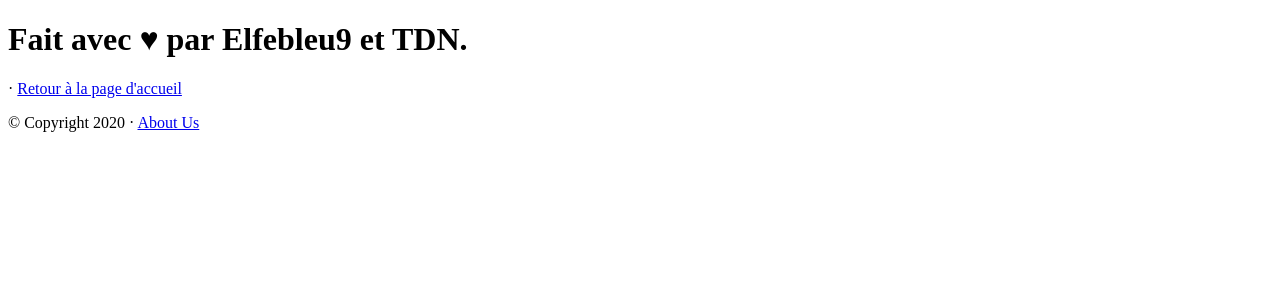
Repository: Elfebleu9/hello_city
Page: templates/pages/about.html.twig
An editor plug-in stored every save of this project. The page is shown before and after the next save, followed by the edit.
The browser window is 1280 px wide. The pictures show the whole page.
The page is a Twig template of a Symfony application; nobody is signed in and links lead nowhere. The template is opened directly, without the code that normally fills it, so the values that code supplies are empty.

Above is the page before, as saved 2020-07-11 18:30:00.

### templates/pages/about.html.twig
{% extends 'base.html.twig' %}
 {% block title 'About Us | '~ parent() %}
 {% block body %}
    <h1>Fait avec &hearts; par Elfebleu9 et TDN. </h1>

    <p>
        &middot; <a href="{{path('app_home')}}">Retour à la page d'accueil</a>
    </p>


 {% endblock %}

### templates/base.html.twig
<!DOCTYPE html>
<html>
    <head>
        <meta charset="UTF-8">
        <title>{% block title %}Hello Paris{% endblock %}</title>
        {% block stylesheets %}{% endblock %}
    </head>
    <body>
        {% block body %}{% endblock %}
        <footer>
            <p>
                &copy; Copyright {{'now'|date('Y')}}
                &middot; <a href="{{path('app_about')}}">About Us</a>
            </p>
        </footer>
        {% block javascripts %}{% endblock %}
    </body>
</html>

After the next save:
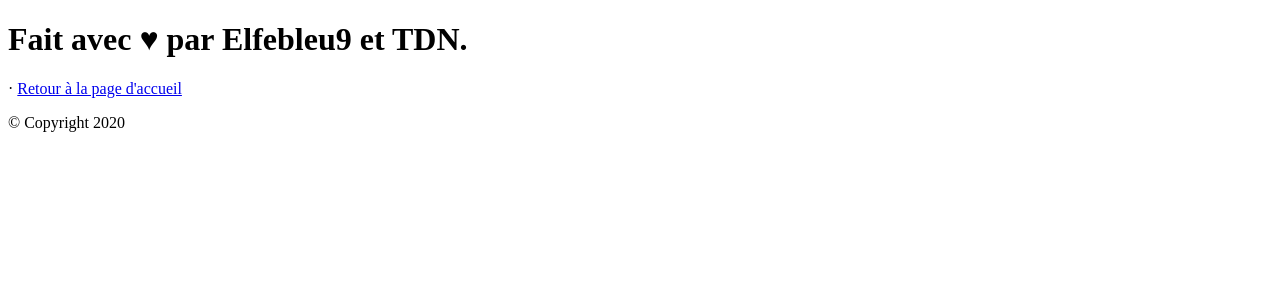
Saved 26 s later.
--- a/templates/base.html.twig
+++ b/templates/base.html.twig
@@ -10,7 +10,7 @@
         <footer>
             <p>
                 &copy; Copyright {{'now'|date('Y')}}
-                &middot; <a href="{{path('app_about')}}">About Us</a>
+
             </p>
         </footer>
         {% block javascripts %}{% endblock %}

After the save that followed:
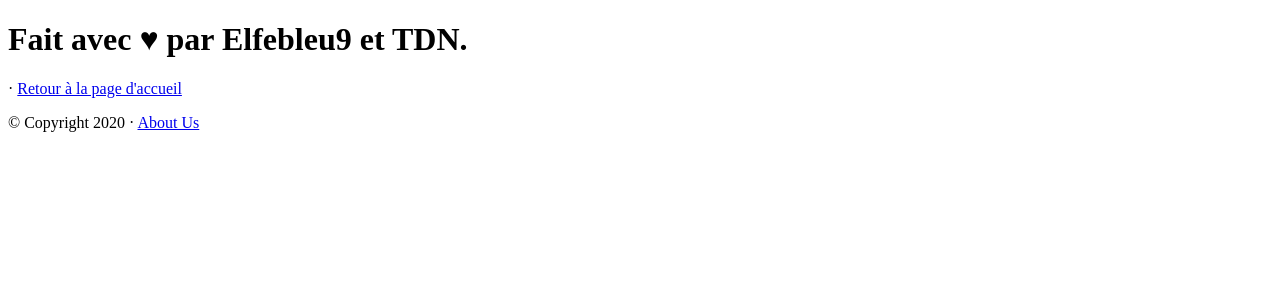
Saved 20 s later.
--- a/templates/base.html.twig
+++ b/templates/base.html.twig
@@ -10,7 +10,7 @@
         <footer>
             <p>
                 &copy; Copyright {{'now'|date('Y')}}
-
+                &middot; <a href="{{path('app_about')}}">About Us</a>
             </p>
         </footer>
         {% block javascripts %}{% endblock %}
